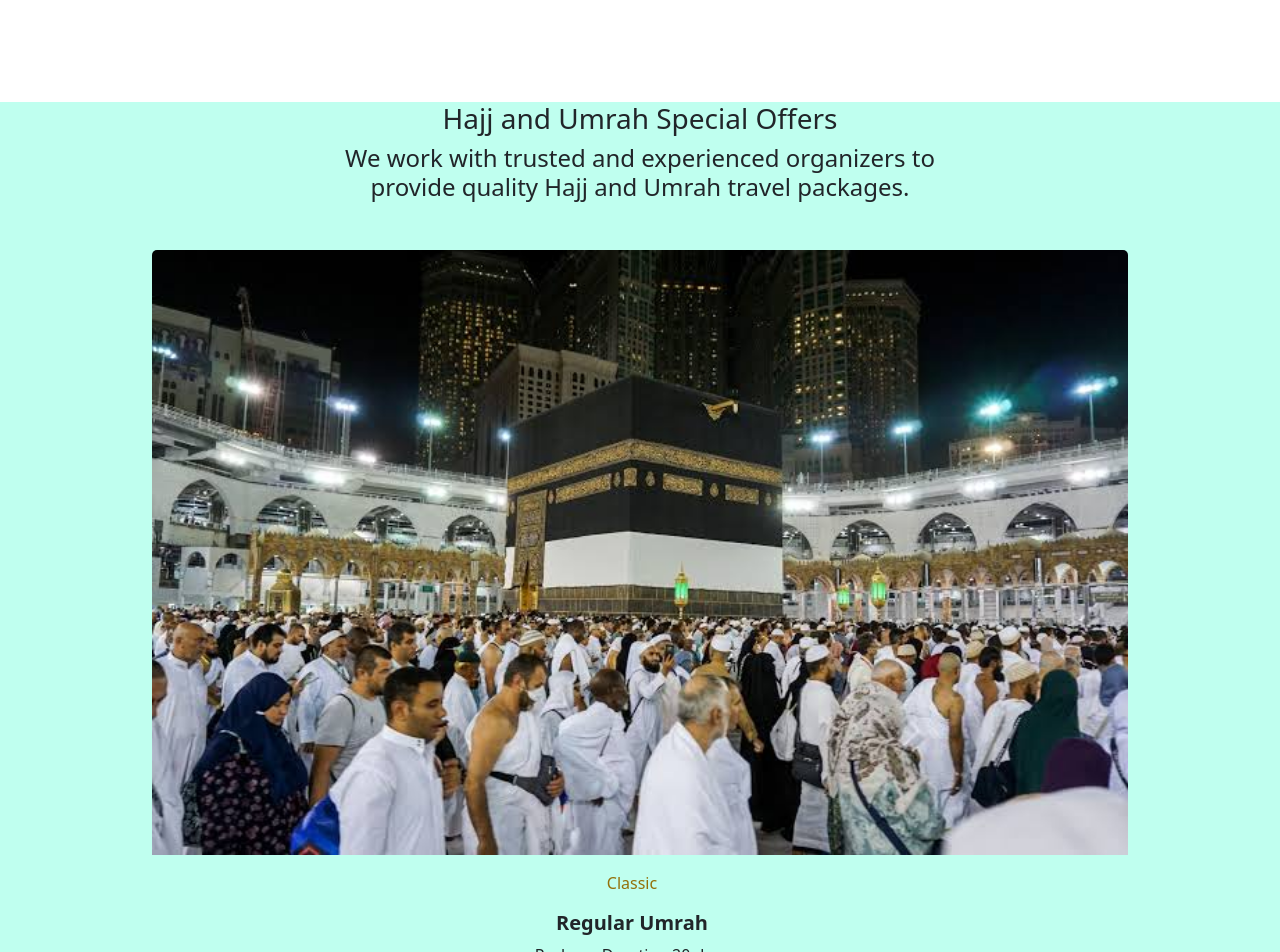
Repository: Putrabobi/Task7
Page: index.html
An editor plug-in stored every save of this project. The page is shown before and after the next save, followed by the edit.
The browser window is 1280 px wide. The pictures show the part of the page from y = 2419 to 3371 px (the page is 3626 px tall before and 3318 px after).
A picture or video elsewhere on the page could not be fetched, so the positions and the page height are approximate.

Above is the page before, as saved 2024-03-25 14:11:24.

After the next save:
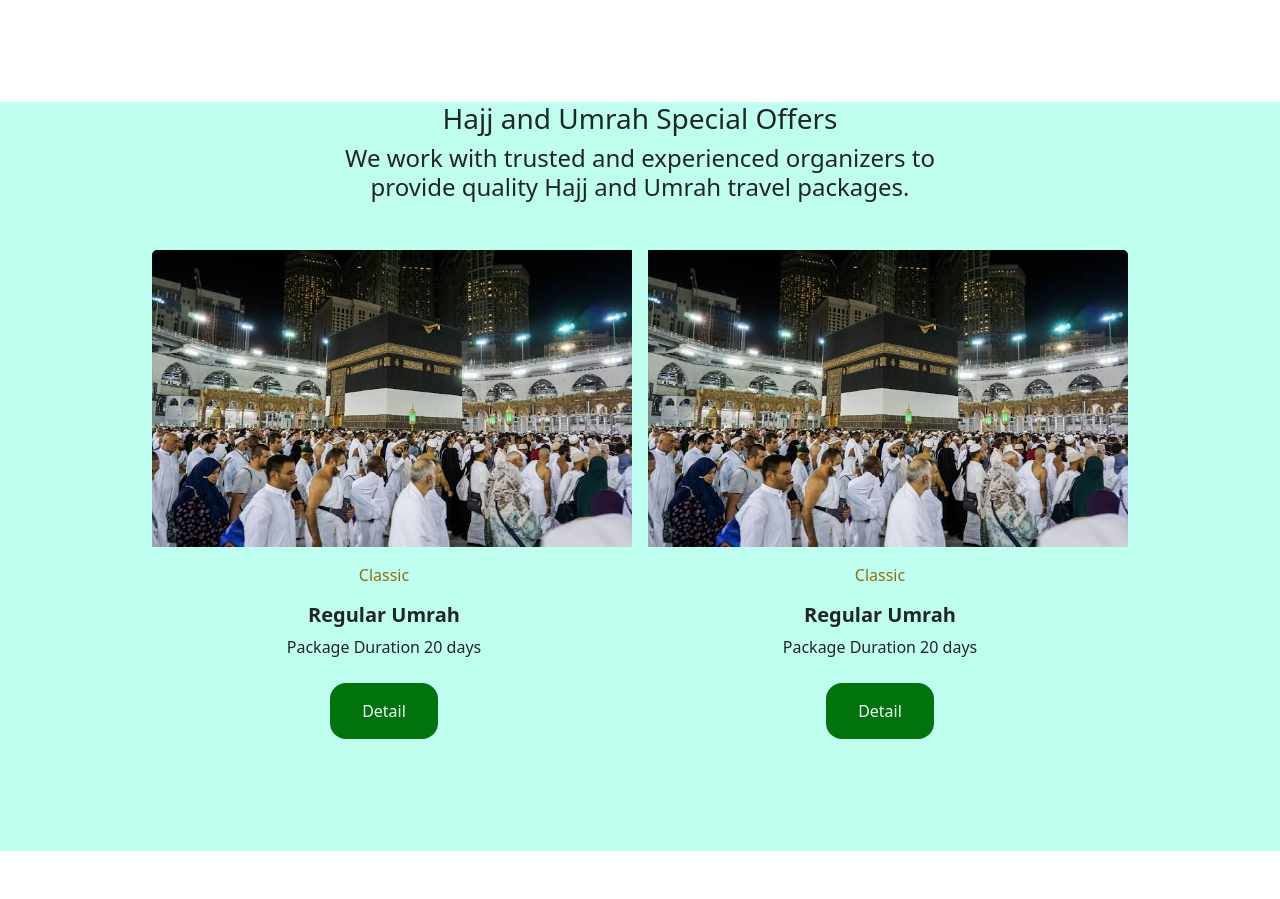
Saved 60 s later.
--- a/index.html
+++ b/index.html
@@ -127,6 +127,16 @@
                         class="m-2">Detail</span></button>
                   </div>
             </div>
+            <div class="card mx-2 border-0" style="width: 20rem; background-color: rgb(191, 255, 239);">
+                <img src="images/mekkah1.jpeg" class="card-img-top" alt="mekkah1" style="max-width: 100%;">
+                <div class="card-body ps-0">
+                    <p class="card-text" style="color: #937009;">Classic</p>
+                    <h5 class="card-title mt-2 fw-bold">Regular Umrah</h5>
+                    <p class="card-text">Package Duration 20 days</p>
+                    <button class="border-0 mt-2 text-light rounded-4 px-4 py-3" style="background-color: #00730c;"><span
+                        class="m-2">Detail</span></button>
+                  </div>
+            </div>
         </div>
     </div>
 </div>
